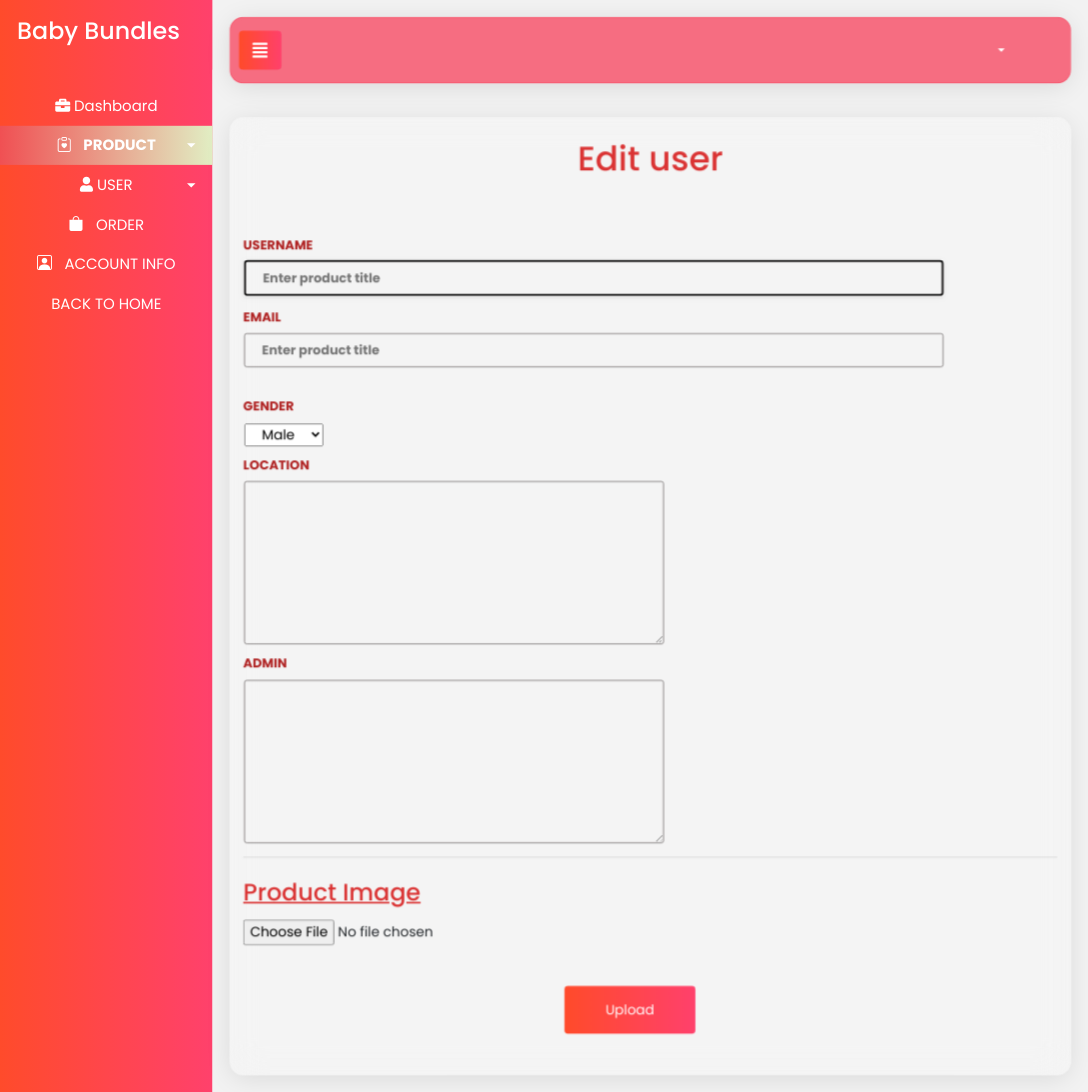
Repository: jiahow99/Baby-Bundles-University
Page: http://localhost/admin-edituser.php
These files come from the project's save history. The page is drawn as it stood at one moment and after the next save; the edit follows.
The browser window is 1280 px wide. The pictures show the whole page, at 85% of full size.
Some web libraries are served in a nearby version. The page is run by PHP 8.4 with error messages shown; the project is at /var/www/html/.

Above is the page before, as saved 2022-11-25 01:03:35.

### admin-edituser.php
<!DOCTYPE html>
<html>

<head>
    <meta charset="utf-8">
    <meta name="viewport" content="width=device-width, initial-scale=1.0">
    <meta http-equiv="X-UA-Compatible" content="IE=edge">

    <title>Admin-Product</title>

    <!-- Bootstrap CSS CDN -->
    <link rel="stylesheet" href="https://stackpath.bootstrapcdn.com/bootstrap/4.1.0/css/bootstrap.min.css" integrity="sha384-9gVQ4dYFwwWSjIDZnLEWnxCjeSWFphJiwGPXr1jddIhOegiu1FwO5qRGvFXOdJZ4" crossorigin="anonymous">
    <!-- Our Custom CSS -->
    <link rel="stylesheet" href="css/admin.style.css">

    <!-- Font Awesome JS -->
    <script defer src="https://use.fontawesome.com/releases/v5.0.13/js/solid.js" integrity="sha384-tzzSw1/Vo+0N5UhStP3bvwWPq+uvzCMfrN1fEFe+xBmv1C/AtVX5K0uZtmcHitFZ" crossorigin="anonymous"></script>
    <script defer src="https://use.fontawesome.com/releases/v5.0.13/js/fontawesome.js" integrity="sha384-6OIrr52G08NpOFSZdxxz1xdNSndlD4vdcf/q2myIUVO0VsqaGHJsB0RaBE01VTOY" crossorigin="anonymous"></script>
    <!-- Bootstrap Icon -->
    <link rel="stylesheet" href="https://cdn.jsdelivr.net/npm/bootstrap-icons@1.3.0/font/bootstrap-icons.css">
    <!-- JQuery -->
    <script src="https://code.jquery.com/jquery-3.5.1.min.js"></script>
    <!-- Bootstrap Icon -->
    <link rel="stylesheet" href="https://cdn.jsdelivr.net/npm/bootstrap-icons@1.9.1/font/bootstrap-icons.css" integrity="sha384-xeJqLiuOvjUBq3iGOjvSQSIlwrpqjSHXpduPd6rQpuiM3f5/ijby8pCsnbu5S81n" crossorigin="anonymous">
    <!-- JavaScript Bundle with Popper -->
    <script src="https://cdn.jsdelivr.net/npm/bootstrap@5.2.3/dist/js/bootstrap.bundle.min.js" integrity="sha384-kenU1KFdBIe4zVF0s0G1M5b4hcpxyD9F7jL+jjXkk+Q2h455rYXK/7HAuoJl+0I4" crossorigin="anonymous"></script>
    <link href="http://cdnjs.cloudflare.com/ajax/libs/font-awesome/4.3.0/css/font-awesome.css" rel="stylesheet"  type='text/css'>


</head>

<body>

    <div class="wrapper">
        <!-- Sidebar  -->
        <?php require 'admin-sidebar.php' ?>

        <!-- Page Content  -->
        <div id="content" style="background-color:#F2F2F2">
            <?php require 'admin-topnavbar.php' ?>

            <form class="container glass" id="edit-product">
                <div class="row justify-content-center mt-4 mb-3">
                   <h1 style="color:#da3333">Edit user</h1>
                </div>
                <div class="row mt-5">
                    <label for="" class="name text-uppercase col-12">Username</label>
                    <input class="input--style-6 col-10 ml-3" type="text" name="title" placeholder="Enter product title" required autofocus>
                </div>

                <div class="row mb-4">
                    <label for="" class="name text-uppercase col-12">Email</label>
                    <input class="input--style-6 col-10 ml-3" type="text" name="title" placeholder="Enter product title" required autofocus>
                </div>

                <div class="row">
                    <label for="" class="name text-uppercase col-12">Gender</label>
                    <select class="ml-3 px-3" name="gender" id="gender">
                        <option value="male">Male</option>
                        <option value="female">Male</option>
                    </select>
                </div>

                <div class="row">
                    <label for="" class="name text-uppercase col-12">Location</label>
                    <textarea name="location" id="location" class="textarea--style-6 col-6 ml-3" rows="5"></textarea>
                </div>

                <div class="row">
                    <label for="" class="name text-uppercase col-12">Admin</label>
                    <textarea name="location" id="location" class="textarea--style-6 col-6 ml-3" rows="5"></textarea>
                </div>


                <hr>

                <h3 style="color:#da3333;text-decoration: underline;" class="mb-3 mt-4">Product Image</h3>
                <input type="file" name="image" id="">

                <div class="row justify-content-center my-5 ">
                    <button class="btn btn-primary px-5 py-3 mr-5" type="submit">Upload</button>
                </div>

            </form>
    </div>

    <!-- Popper.JS -->
    <script src="https://cdnjs.cloudflare.com/ajax/libs/popper.js/1.14.0/umd/popper.min.js" integrity="sha384-cs/chFZiN24E4KMATLdqdvsezGxaGsi4hLGOzlXwp5UZB1LY//20VyM2taTB4QvJ" crossorigin="anonymous"></script>
    <!-- Bootstrap JS -->
    <script src="https://stackpath.bootstrapcdn.com/bootstrap/4.1.0/js/bootstrap.min.js" integrity="sha384-uefMccjFJAIv6A+rW+L4AHf99KvxDjWSu1z9VI8SKNVmz4sk7buKt/6v9KI65qnm" crossorigin="anonymous"></script>

    <script type="text/javascript">
        $(document).ready(function () {
            $('#sidebarCollapse').on('click', function () {
                $('#sidebar').toggleClass('active');
                $('#dashboardlabel').toggleClass('d-none');
                $('#userlabel').toggleClass('d-none');
                $('#productlabel').toggleClass('d-none');
                $('#orderlabel').toggleClass('d-none');
                $('#accountlabel').toggleClass('d-none');
                $('#logoutlabel').toggleClass('d-none');
            });
        });
    </script>
</body>

</html>

### admin-sidebar.php
<!-- Sidebar  -->
<nav id="sidebar">
    <div class="sidebar-header">
        <h3>Baby Bundles</h3>
        <strong>BS</strong>
    </div>

    <ul class="list-unstyled components">
        <!-- Dashboard -->
        <li id="sidebar-dashboard">
            <a href="admin-dashboard.php">
                <i class="fas fa-briefcase"></i>
                <span id="dashboardlabel">Dashboard</span>
            </a>
        </li>
        <!-- Product -->
        <li id="sidebar-product">
            <a href="#homeSubmenu" data-toggle="collapse" aria-expanded="false" class="dropdown-toggle">
                <i class="bi bi-clipboard-heart"></i>
                <span id="productlabel">PRODUCT</span>
            </a>
            <ul class="collapse list-unstyled" id="homeSubmenu">
                <li>
                    <a href="admin-addproduct.php">ADD PRODUCT</a>
                </li>
                <li>
                    <a href="admin-viewproduct.php">DELETE PRODUCT</a>
                </li>
                <li>
                    <a href="admin-viewproduct.php">VIEW ALL</a>
                </li>
            </ul>
        </li>
        <!-- User -->
        <li id="sidebar-user">
            <a href="#pageSubmenu" data-toggle="collapse" aria-expanded="false" class="dropdown-toggle">
            <i class="fas fa-solid fa-user"></i>
                <span id="userlabel">USER</span>
            </a>
            <ul class="collapse list-unstyled" id="pageSubmenu">
                <li>
                    <a href="admin-viewuser.php">DELETE USER</a>
                </li>
                <li>
                    <a href="admin-viewuser.php">VIEW USERS</a>
                </li>
            </ul>
        </li>
        <!-- Order -->
        <li id="sidebar-order">
            <a href="admin-vieworder.php">
            <i class="bi bi-bag-fill"></i>
                <span id="orderlabel">ORDER</span>
            </a>
        </li>
        <!-- Account Info -->
        <li>
            <a href="account-info.php">
                <i class="bi bi-person-square"></i>
                <span id="accountlabel">ACCOUNT INFO</span>
            </a>
        </li>
        <!-- Back to home -->
        <li>
            <a href="index.php">
                <span id="logoutlabel">BACK TO HOME</span>
            </a>
        </li>
    </ul>
</nav>

<script>

  // Add 'active' class to navigation
  function activeNav(id){
    var nav = document.getElementById(id);
    nav.classList.add('active');
  }

  var title = document.title;

  switch(title){
    case 'Admin-Product':
      activeNav('sidebar-product');
      break;
    case 'Admin-User':
      activeNav('sidebar-user');
      break;
    case 'Admin-Order':
      activeNav('sidebar-order');
      break;
    case 'Admin-Dashboard':
      activeNav('sidebar-dashboard');
      break;
  }
</script>

### admin-topnavbar.php
<nav class="navbar navbar-expand-lg navbar-light bg-admin">
    <div class="container-fluid pl-0">

        <button type="button" id="sidebarCollapse" class="btn-lg btn-primary">
            <i class="fas fa-align-justify"></i>
            <!-- <span>Toggle Sidebar</span> -->
        </button>
        <button class="btn btn-dark d-inline-block d-lg-none ml-auto" type="button" data-toggle="collapse" data-target="#navbarSupportedContent" aria-controls="navbarSupportedContent" aria-expanded="false" aria-label="Toggle navigation">
            <i class="fas fa-align-justify"></i>
        </button>

        <div class="collapse navbar-collapse" id="navbarSupportedContent">
            <ul class="nav navbar-nav ml-auto">
                <li class="nav-item dropdown mx-lg-3 col-2 col-lg-1" >
                    <a href="#" class="nav-link dropdown-toggle user-account text-white" id="userDropdownMenuLink" data-bs-toggle="dropdown" aria-haspopup="true" aria-expanded="false">
                    <?php
                    // Username
                    if(isset($_COOKIE['username'])){
                        echo $_COOKIE['username'];
                    }
                    ?>
                    </a>
                    <div class="dropdown-menu text-sm " aria-labelledby="userDropdownMenuLink">
                        <a href="account-info.php" class="dropdown-item">Account</a>
                        <a href="index.php" class="dropdown-item">Back to home</a>
                        <a href="logout.php" class="dropdown-item">Logout</a>
                    </div>
                </li>
            </ul>
        </div>
    </div>
</nav>

### css/admin.style.css
/*
    DEMO STYLE
*/

@import "https://fonts.googleapis.com/css?family=Poppins:300,400,500,600,700";

body {
    font-family: 'Poppins', sans-serif;
    background: #fafafa;
}

p {
    font-family: 'Poppins', sans-serif;
    font-size: 1.1em;
    font-weight: 300;
    line-height: 1.7em;
    color: #999;
}

a,
a:hover,
a:focus {
    color: inherit;
    text-decoration: none;
    transition: all 0.3s;
}

.navbar {
    padding: 15px 10px;
    background: #fff;
    border: none;
    border-radius: 0;
    margin-bottom: 40px;
    box-shadow: 1px 1px 3px rgba(0, 0, 0, 0.1);
}

.navbar-btn {
    box-shadow: none;
    outline: none !important;
    border: none;
}

.line {
    width: 100%;
    height: 1px;
    border-bottom: 1px dashed #ddd;
    margin: 40px 0;
}

i,
span {
    display: inline-block;
}

/* ---------------------------------------------------
    SIDEBAR STYLE
----------------------------------------------------- */

.wrapper {
    display: flex;
    align-items: stretch;
}

#sidebar {
    min-width: 250px;
    max-width: 250px;
    background: #FF416C;  /* fallback for old browsers */
    background: -webkit-linear-gradient(to right, #FF4B2B, #FF416C);  /* Chrome 10-25, Safari 5.1-6 */
    background: linear-gradient(to right, #FF4B2B, #FF416C); /* W3C, IE 10+/ Edge, Firefox 16+, Chrome 26+, Opera 12+, Safari 7+ */
    color: #fff;
    transition: all 0.3s;
}

#sidebar.active {
    min-width: 80px;
    max-width: 80px;
    text-align: center;
}

#sidebar.active .sidebar-header h3,
#sidebar.active .CTAs {
    display: none;
}

#sidebar.active .sidebar-header strong {
    display: block;
}

#sidebar ul li a {
    text-align: left;
}

#sidebar.active ul li a {
    padding: 20px 10px;
    text-align: center;
    font-size: 0.85em;
}

#sidebar.active ul li a i {
    margin-right: 0;
    display: block;
    font-size: 1.8em;
    margin-bottom: 5px;
}

#sidebar.active ul ul a {
    padding: 10px !important;
}

#sidebar.active .dropdown-toggle::after {
    top: auto;
    bottom: 10px;
    right: 50%;
    -webkit-transform: translateX(50%);
    -ms-transform: translateX(50%);
    transform: translateX(50%);
}

#sidebar .sidebar-header {
    padding: 20px;
    background: #FF416C;  /* fallback for old browsers */
    background: -webkit-linear-gradient(to right, #FF4B2B, #FF416C);  /* Chrome 10-25, Safari 5.1-6 */
    background: linear-gradient(to right, #FF4B2B, #FF416C); /* W3C, IE 10+/ Edge, Firefox 16+, Chrome 26+, Opera 12+, Safari 7+ */
}

#sidebar .sidebar-header strong {
    display: none;
    font-size: 1.8em;
}

#sidebar ul.components {
    padding: 20px 0;
}

#sidebar ul li a {
    padding: 10px;
    font-size: 1.1em;
    display: block;
    text-align: center;
}

#sidebar ul li a:hover {
    color: #dc1522;
    background: #fff;
    font-weight: bolder;
}

#sidebar ul li a i {
    margin-right: 10px;
}

#sidebar ul li.active>a,
a[aria-expanded="true"] {
    color: #fff;
    background: #e1eec3;  /* fallback for old browsers */
    background: -webkit-linear-gradient(to right, #f05053, #e1eec3);  /* Chrome 10-25, Safari 5.1-6 */
    background: linear-gradient(to right, #f05053, #e1eec3); /* W3C, IE 10+/ Edge, Firefox 16+, Chrome 26+, Opera 12+, Safari 7+ */
    font-weight: bolder;
}

a[data-toggle="collapse"] {
    position: relative;
}

.dropdown-toggle::after {
    display: block;
    position: absolute;
    top: 50%;
    right: 20px;
    transform: translateY(-50%);
}

ul ul a {
    font-size: 0.9em !important;
    padding-left: 30px !important;
    background: #6d7fcc;
}

ul.CTAs {
    padding: 20px;
}

ul.CTAs a {
    text-align: center;
    font-size: 0.9em !important;
    display: block;
    border-radius: 5px;
    margin-bottom: 5px;
}

a.download {
    background: #fff;
    color: #7386D5;
}

a.article,
a.article:hover {
    background: #6d7fcc !important;
    color: #fff !important;
}

/* ---------------------------------------------------
    CONTENT STYLE
----------------------------------------------------- */

#content {
    width: 100%;
    padding: 20px;
    min-height: 100vh;
    transition: all 0.3s;
}

/* ---------------------------------------------------
    MEDIAQUERIES
----------------------------------------------------- */

@media (max-width: 768px) {
    #sidebar {
        min-width: 80px;
        max-width: 80px;
        text-align: center;
        margin-left: -80px !important;
    }
    .dropdown-toggle::after {
        top: auto;
        bottom: 10px;
        right: 50%;
        -webkit-transform: translateX(50%);
        -ms-transform: translateX(50%);
        transform: translateX(50%);
    }
    #sidebar.active {
        margin-left: 0 !important;
    }
    #sidebar .sidebar-header h3,
    #sidebar .CTAs {
        display: none;
    }
    #sidebar .sidebar-header strong {
        display: block;
    }
    #sidebar ul li a {
        padding: 20px 10px;
    }
    #sidebar ul li a span {
        font-size: 0.85em;
    }
    #sidebar ul li a i {
        margin-right: 0;
        display: block;
    }
    #sidebar ul ul a {
        padding: 10px !important;
    }
    #sidebar ul li a i {
        font-size: 1.3em;
    }
    #sidebar {
        margin-left: 0;
    }
    #sidebarCollapse span {
        display: none;
    }
}

#homeSubmenu li a,#pageSubmenu li a{
    background: #ED213A;  /* fallback for old browsers */
    background: -webkit-linear-gradient(to right, #93291E, #ED213A);  /* Chrome 10-25, Safari 5.1-6 */
    background: linear-gradient(to right, #93291E, #ED213A); /* W3C, IE 10+/ Edge, Firefox 16+, Chrome 26+, Opera 12+, Safari 7+ */



}

.btn-primary{
    background: #ffffff;  /* fallback for old browsers */
    background: -webkit-linear-gradient(to right, #FF4B2B, #FF416C);  /* Chrome 10-25, Safari 5.1-6 */
    background: linear-gradient(to right, #FF4B2B, #FF416C); /* W3C, IE 10+/ Edge, Firefox 16+, Chrome 26+, Opera 12+, Safari 7+ */
    border: 0;
    cursor: pointer;
}

.glass{
/* From https://css.glass */
background: rgba(255, 255, 255, 0.18);
border-radius: 16px;
box-shadow: 0 4px 30px rgba(0, 0, 0, 0.1);
backdrop-filter: blur(20px);
-webkit-backdrop-filter: blur(20px);
border: 1px solid rgba(255, 255, 255, 0.13);
}

.input--style-6, .textarea--style-6 {
    background: transparent;
    line-height: 38px;
    border: 1px solid #7b7676;
    -webkit-border-radius: 3px;
    -moz-border-radius: 3px;
    border-radius: 3px;
    color: #666;
    font-size: 15px;
    font-weight: bold;
    -webkit-transition: all 0.4s ease;
    -o-transition: all 0.4s ease;
    -moz-transition: all 0.4s ease;
    transition: all 0.4s ease;
    padding: 0 20px;
}

.input--style-6:focus,
.textarea--style-6:focus {
  -webkit-box-shadow: 0px 1px 5px 0px rgba(0, 0, 0, 0.15);
  -moz-box-shadow: 0px 1px 5px 0px rgba(0, 0, 0, 0.15);
  box-shadow: 0px 1px 5px 0px rgba(0, 0, 0, 0.15);
  -webkit-transform: translateY(-3px);
  -moz-transform: translateY(-3px);
  -ms-transform: translateY(-3px);
  -o-transform: translateY(-3px);
  transform: translateY(-3px);
  border: 2px solid #7b7676;

}

.name{
    width: 188px;
  color: rgb(175, 33, 33);
  font-size: 15px;
  font-weight: 700;
  margin-top: 11px;
  font-family: "Poppins", sans-serif;
}

.form-check {
    display: block;
    min-height: 1.5rem;
    padding-left: 1.5em;
    margin-bottom: 0.125rem;
}

.form-check .form-check-input {
float: left;
margin-left: -1.5em;
}

.form-check-input {
width: 1em;
height: 1em;
margin-top: 0.25em;
vertical-align: top;
background-color: #fff;
background-repeat: no-repeat;
background-position: center;
background-size: contain;
border: 1px solid rgba(0, 0, 0, 0.25);
-webkit-appearance: none;
-moz-appearance: none;
appearance: none;
-webkit-print-color-adjust: exact;
color-adjust: exact;
}

.form-check-input[type="checkbox"] {
border-radius: 0.25em;
}

.form-check-input[type="radio"] {
border-radius: 50%;
}

.form-check-input:active {
filter: brightness(90%);
}

.form-check-input:focus {
border-color: #ed9999;
outline: 0;
box-shadow: 0 0 0 0.25rem rgba(218, 51, 51, 0.25);
}

.form-check-input:checked {
background-color: #da3333;
border-color: #da3333;
}

.form-check-input:checked[type="checkbox"] {
background-image: url("data:[embedded picture, 214 characters]");
}

.form-check-input:checked[type="radio"] {
background-image: url("data:[embedded picture, 126 characters]");
}

.form-check-input[type="checkbox"]:indeterminate {
background-color: #da3333;
border-color: #da3333;
background-image: url("data:[embedded picture, 208 characters]");
}

.form-check-input:disabled {
pointer-events: none;
filter: none;
opacity: 0.5;
}

.form-check-input[disabled] ~ .form-check-label, .form-check-input:disabled ~ .form-check-label {
opacity: 0.5;
}

.form-switch {
padding-left: 2.5em;
}

.form-switch .form-check-input {
width: 2em;
margin-left: -2.5em;
background-image: url("data:[embedded picture, 143 characters]");
background-position: left center;
border-radius: 2em;
transition: background-position 0.15s ease-in-out;
}

.user{
    color: black;
    font-weight: bold;
}

.user-row{
    border: 1px solid black;
}

.bg-admin{
/* From https://css.glass */
background: rgba(248, 40, 70, 0.66);
border-radius: 16px;
box-shadow: 0 4px 30px rgba(0, 0, 0, 0.1);
backdrop-filter: blur(6.9px);
-webkit-backdrop-filter: blur(6.9px);
border: 1px solid rgba(248, 40, 70, 0.3);
}

After the next save:
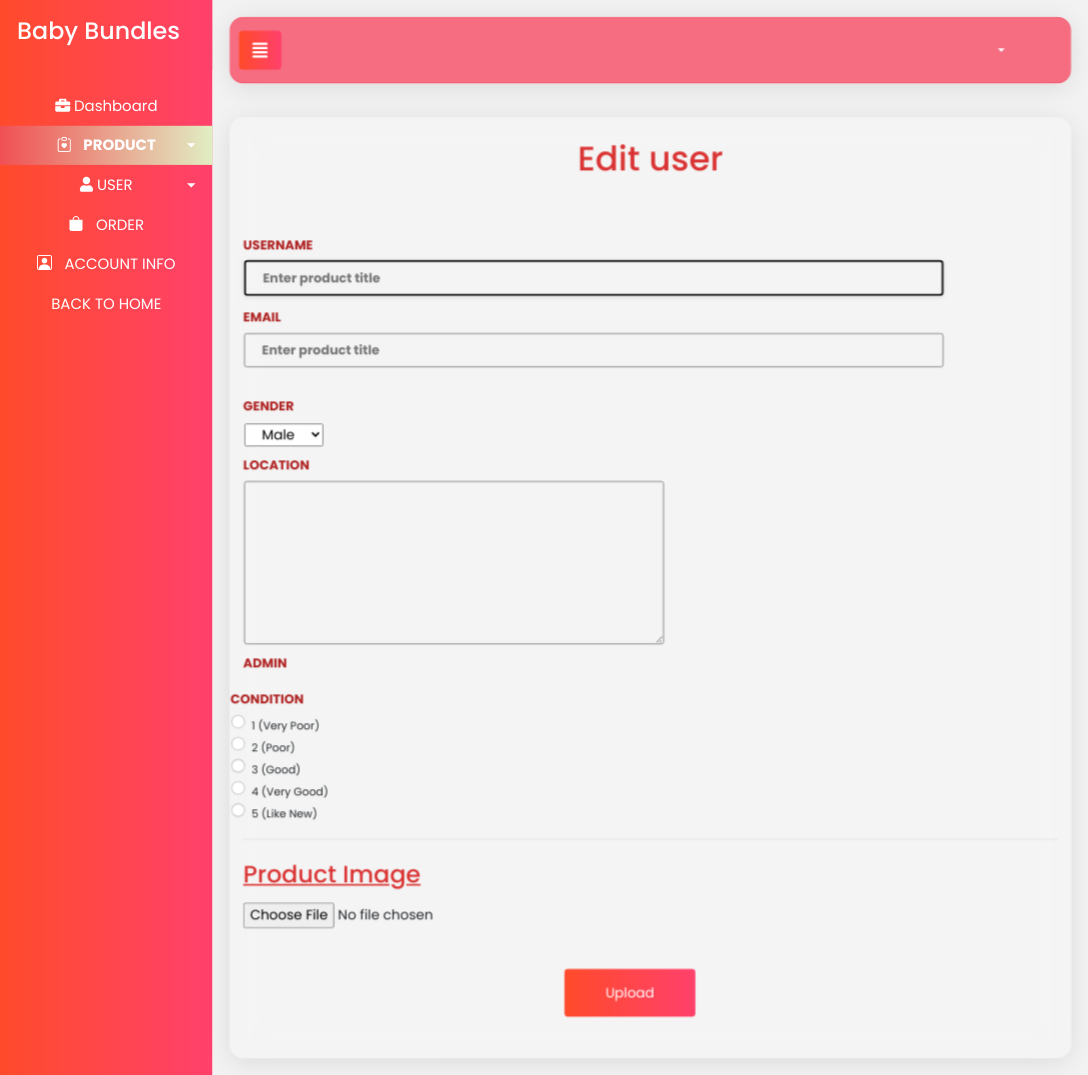
Saved 10 s later.
--- a/admin-edituser.php
+++ b/admin-edituser.php
@@ -68,8 +68,32 @@
 
                 <div class="row">
                     <label for="" class="name text-uppercase col-12">Admin</label>
-                    <textarea name="location" id="location" class="textarea--style-6 col-6 ml-3" rows="5"></textarea>
-                </div>
+                    <div class="row">
+                    <!-- Product Condition -->
+                    <label for="" class="name text-uppercase col-12">Condition</label>
+                        <div class="value ml-3">
+                            <div class="form-check form-check-inline">
+                                <input class="form-check-input" type="radio" name="condition" id="inlineRadio1" value="1">
+                                <label class="form-check-label small" for="inlineRadio1">1 (Very Poor)</label>
+                            </div>
+                            <div class="form-check form-check-inline">
+                                <input class="form-check-input" type="radio" name="condition" id="inlineRadio2" value="2">
+                                <label class="form-check-label small" for="inlineRadio2">2 (Poor)</label>
+                            </div>
+                            <div class="form-check form-check-inline">
+                                <input class="form-check-input" type="radio" name="condition" id="inlineRadio3" value="3">
+                                <label class="form-check-label small" for="inlineRadio3">3 (Good)</label>
+                            </div>
+                            <div class="form-check form-check-inline">
+                                <input class="form-check-input" type="radio" name="condition" id="inlineRadio4" value="4">
+                                <label class="form-check-label small" for="inlineRadio4">4 (Very Good)</label>
+                            </div>
+                            <div class="form-check form-check-inline">
+                                <input class="form-check-input" type="radio" name="condition" id="inlineRadio5" value="5">
+                                <label class="form-check-label small" for="inlineRadio5">5 (Like New)</label>
+                            </div>
+                    </div>
+                </div>                </div>
 
 
                 <hr>
